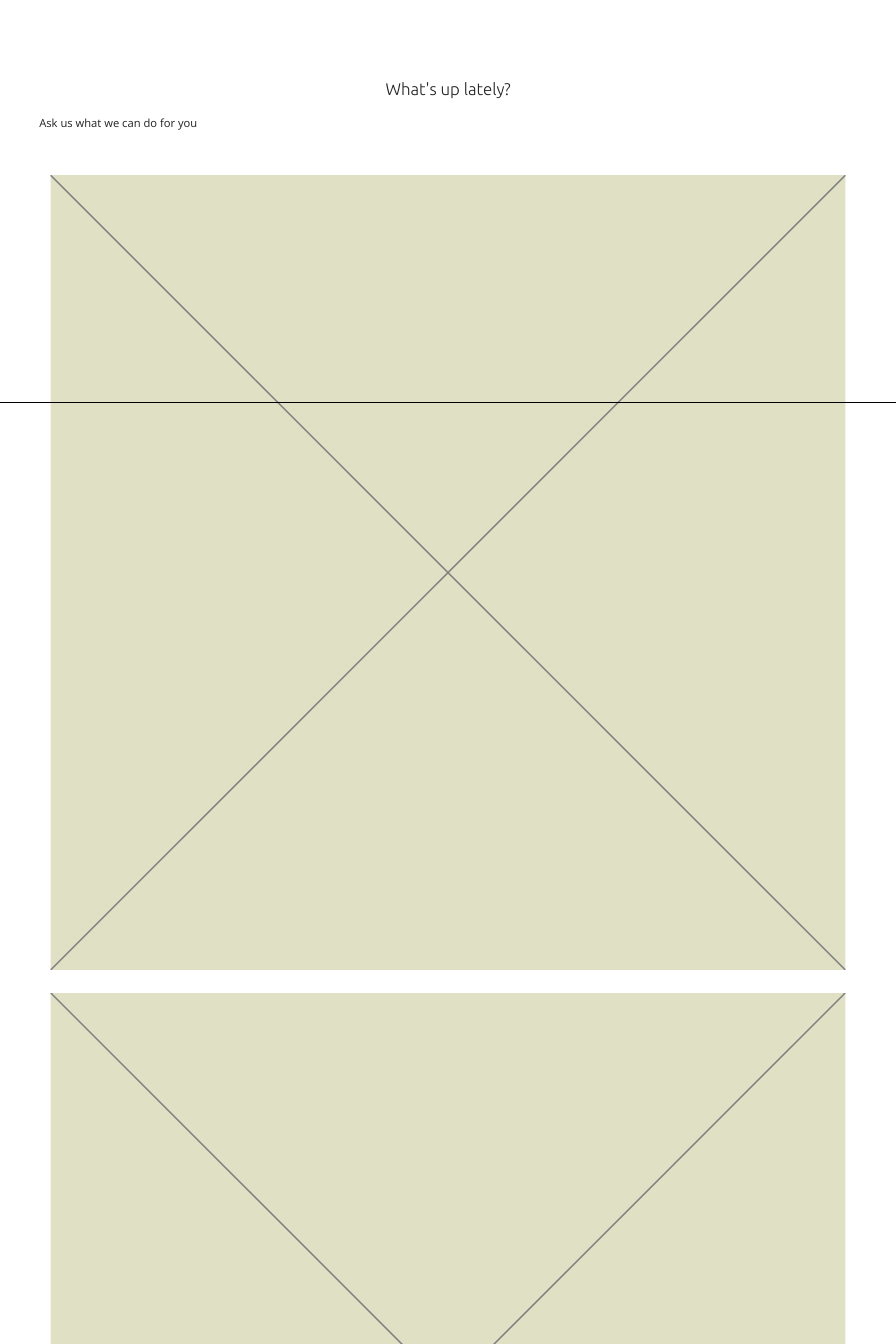
Repository: lpcmendoza/LAB02BF_Group9
Page: index.html
The author's editor kept a copy of each file at every save. The page is drawn from the files as they stood at one save, then again after the next save.
The browser window is 1280 px wide. The pictures show the part of the page from y = 2330 to 4250 px (the page is 15645 px tall before and 16290 px after), at 70% of full size.

Above is the page before, as saved 2024-02-11 22:39:55.

### index.html
<!doctype html>
<html class="no-js" lang="en">

<head>
  <meta charset="utf-8">
  <meta name="viewport" content="width=device-width, initial-scale=1">
  <title>Metrolics</title>
  <link rel="stylesheet" href="css/style.css">
  <meta name="description" content="Group Blog">

  <meta property="og:title" content="Metrolics">
  <meta property="og:type" content="website">
  <meta property="og:url" content="">
  <meta property="og:image" content="">

  <link rel="icon" href="/favicon.ico" sizes="any">
  <link rel="icon" href="/icon.svg" type="image/svg+xml">
  <link rel="apple-touch-icon" href="icon.png">
  <link rel="preconnect" href="https://fonts.googleapis.com">
  <link rel="preconnect" href="https://fonts.gstatic.com" crossorigin>
  <link href="https://fonts.googleapis.com/css2?family=Ubuntu:ital,wght@0,300;0,400;0,500;1,300&display=swap" rel="stylesheet">
  <link rel="preconnect" href="https://fonts.googleapis.com">
  <link rel="preconnect" href="https://fonts.gstatic.com" crossorigin>
  <link href="https://fonts.googleapis.com/css2?family=Open+Sans:wght@400;700&display=swap" rel="stylesheet">

  <link rel="manifest" href="site.webmanifest">
  <meta name="theme-color" content="#fafafa">
</head>

<body>

  <header class="page-header page-header-home">
    <div class="inner-container">
      <div class="content-container">
        <h1>Metrolics</h1>
      </div>
      <div class="content-container">
        <button class="navigation-button">Home</button>
        <button class="navigation-button">Pages</button>
        <button class="navigation-button">Portfolio</button>
        <button class="navigation-button">Blog</button>
        <button class="navigation-button">E-mail</button>
      </div>
    </div>
  </header>

  <div class="section section-image">
    <div class="inner-container">
      <div class="content-container">
        <img src="img/placeholder.svg" alt="placeholder image">
      </div>
    </div>
  </div>

  <div class="section section-title">
    <div class="inner-container">
      <div class="content-container">
        <h1>Hey guys! This is the Metrolics theme. It sports a responsive layout with a mobile layout.</h1>
      </div>
    </div>
  </div>

  <div class="section section-ourthings">
    <div class="inner-container">
      <div class="what-we-do-container-header">
        <h2>Things that we do</h2>
        <p>Ask us what we can do for you</p>
      </div>
      <div class="what-we-do-content">
        <div class="what-we-do-container-body">
          <img class="icons" src="img/icon-web-solutions.png" alt="Web Solutions Icon">
          <h3>Web Solutions</h3>
          <p>We are a fairly small, flexible design studio that designs for print and web. We work flexibly with clients to fulfil their design needs. Whether you need to create a brand from scratch, including marketing materials.</p>
        </div>
        <div class="what-we-do-container-body">
          <img class="icons" src="img/icon-photography.png" alt="Photography Icon">
          <h3>Photography</h3>
          <p>We are a fairly small, flexible design studio that designs for print and web. We work flexibly with clients to fulfil their design needs. Whether you need to create a brand from scratch, including marketing materials.</p>
        </div>
        <div class="what-we-do-container-body">
          <img class="icons" src="img/icon-web-development.png" alt="Web Development Icon">
          <h3>Web Development</h3>
          <p>We are a fairly small, flexible design studio that designs for print and web. We work flexibly with clients to fulfil their design needs. Whether you need to create a brand from scratch, including marketing materials.</p>
        </div>
        <div class="what-we-do-container-body">
          <img class="icons" src="img/icon-web-design.png" alt="Web Design Icon">
          <h3>Web Design</h3>
          <p>We are a fairly small, flexible design studio that designs for print and web. We work flexibly with clients to fulfil their design needs. Whether you need to create a brand from scratch, including marketing materials.</p>
        </div>
      </div>
    </div>
  </div>

  <div class="section section-news">
    <div class="inner-container">
      <div class="content-container">
        <h2>What's up lately?</h2>
        <p>Ask us what we can do for you</p>
      </div>
      <div class="whats-new-content">
        <div class="content-container">
          <img src="img/placeholder.svg" alt="placeholder image">
        </div>
        <div class="content-container">
          <img src="img/placeholder.svg" alt="placeholder image">
        </div>
        <div class="content-container">
          <img src="img/placeholder.svg" alt="placeholder image">
        </div>
      </div>
    </div>
  </div>

  <div class="section section-projects">
    <div class="inner-container">
      <div class="content-container">
        <h2>Our latest projects</h2>
      </div>
      <div class="content-container">
        <img src="img/placeholder.svg" alt="placeholder image">
      </div>
      <div class="content-container">
        <img src="img/placeholder.svg" alt="placeholder image">
      </div>
      <div class="content-container">
        <img src="img/placeholder.svg" alt="placeholder image">
      </div>
      <div class="content-container">
        <img src="img/placeholder.svg" alt="placeholder image">
      </div>
      <div class="content-container">
        <img src="img/placeholder.svg" alt="placeholder image">
      </div>
      <div class="content-container">
        <img src="img/placeholder.svg" alt="placeholder image">
      </div>
    </div>
  </div>

  <div class="section section-things">
    <div class="inner-container">
      <div class="content-container">
        <h2>Things of above</h2>
      </div>
      <div class="content-container">
        <p>content</p>
      </div>
      <div class="content-container">
        <p>content</p>
      </div>
    </div>
  </div>

  <div class="section section-clients">
    <div class="inner-container">
      <div class="content-container">
        <p>client</p>
      </div>
      <div class="content-container">
        <p>client</p>
      </div>
      <div class="content-container">
        <p>client</p>
      </div>
      <div class="content-container">
        <p>client</p>
      </div>
      <div class="content-container">
        <p>client</p>
      </div>
    </div>
  </div>

  <script src="js/app.js"></script>

</body>
<footer>
  <div class="page-footer page-footer-home">
    <div class="inner-container">
      <div class="content-container content-container-description">
        <img src="/img/peewee.png" class="img-peewee">
        <h2 class="description-header">Peewee Herman</h2>
        <p class="description-text">Peewee has over 10 years experience in the industry. He is our Creative Director, digital designer, web designer and front-end developer. He is also pretty good with a sketchbook. Before starting the company Peewee worked as a designer and studio manager for a design house who boasted a number of big name clients.</p>
      </div>
      <div class="content-container content-container-social-icons">
        <img src="/img/btn-facebook.png" class="btn-icons">
        <img src="/img/btn-google+.png" class="btn-icons">
        <img src="/img/btn-twitter.png" class="btn-icons">
        <img src="/img/btn-instagram.png" class="btn-icons">
        <img src="/img/btn-rss.png" class="btn-icons">
      </div>
      <div class="content-container content-container-tweets-header">
        <h3 class="tweet-header">Recent Tweets</h3>
      </div>
      <div class="content-container content-container-tweets">
          <img src="/img/icon-tweet.png" class="tweet-icon">
          <p class="tweet-text"><a class="tweet-link">@Minions</a> - ipsum potatoooo potatoooo uuuhhh. <br>
            Chasy poulet tikka masala jiji wiiiii hahaha po kass. </p>
      </div>
      <div class="content-container content-container-tweets">
        <img src="/img/icon-tweet.png" class="tweet-icon">
          <p class="tweet-text"><a class="tweet-link">@Minions</a> - ipsum potatoooo potatoooo uuuhhh. <br>
            Chasy poulet tikka masala jiji wiiiii hahaha po kass. </p>
      </div>
      <div class="bottom-border">

      </div>
    </div>
  </div>
</footer>

</html>

### css/style.css
/* ==========================================================================
    [Table of contents]

    1. BASE
        1.1 Page Rendering Defaults
        1.2 Core Styling
        1.3 Typography
    2. LAYOUT
        2.1 Core Layout
        2.2 Small only
        2.3 medium and up
        2.4 Medium only
        2.5 large screens and up
        2.6 Large only
    3. MODULES
    4. STATES
    5. THEME
    6. UTILITY classes
    7. PRINT

    refer to http://smacss.com/
    ========================================================================== */


/* ==========================================================================
   BASE
   ========================================================================== */


/* 1.1 Page Rendering Defaults */

html {
  color: #222;
  font-size: 1em;
  line-height: 1.4;
}

/*
* Remove text-shadow in selection highlight:
* https://twitter.com/miketaylr/status/12228805301
*
* Customize the background color to match your design.
*/

::-moz-selection {
background: #b3d4fc;
text-shadow: none;
}

::selection {
background: #b3d4fc;
text-shadow: none;
}

/*
* A better looking default horizontal rule
*/

hr {
display: block;
height: 1px;
border: 0;
border-top: 1px solid #ccc;
margin: 1em 0;
padding: 0;
}

/*
* Remove the gap between audio, canvas, iframes,
* images, videos and the bottom of their containers:
* https://github.com/h5bp/html5-boilerplate/issues/440
*/

audio,
canvas,
iframe,
img,
svg,
video {
vertical-align: middle;
}

/*
* Remove default fieldset styles.
*/

fieldset {
border: 0;
margin: 0;
padding: 0;
}

/*
* Allow only vertical resizing of textareas.
*/

textarea {
resize: vertical;
}

/* 1.2 Core Styling */

/* refer to https://css-tricks.com/box-sizing/ */
*,
*:before,
*:after {
  box-sizing: border-box;
}

img {
  width: 100%;
}

.img-peewee {
  grid-column-start: 1;
  grid-column-end: 2;
  vertical-align: center;
}

.content-container-description {
  display: grid;
  grid-template-columns: repeat(2, 1fr);
  grid-template-rows: 1fr;
  column-gap: 1em;
}

.description-header {
  grid-column-start: 2;
  grid-column-end: 3;
  color: #fff;
  text-align: left;
  font-family: 'Ubuntu', sans-serif;
  font-size: 12pt;
}

.description-text {
  color: #fff;
  font-size: 8pt;
  font-family: 'Ubuntu', sans-serif;
  font-style: italic;
  font-weight: light;
  grid-column-start: 2;
  grid-column-end: 3;
  margin-top: -8em;
  overflow: hidden;
  -webkit-box-orient: vertical;
 -webkit-line-clamp: 10;
 display: -webkit-box;
}

.content-container-social-icons {
  display: flex;
  justify-content: center;
  gap: 3pt;
}

.btn-icons {
  width: 20%;
  height: 20%;
}

.content-container-tweets-header {
  border-bottom: #de6262 1px solid;
  width: 75%;
  padding: 0;
  display: flex;
  justify-content: left;
}

.tweet-header {
  color: #fff;
  font-family: 'Ubuntu', sans-serif;
  font-size: 12pt;
  margin-bottom: 0;
}

.content-container-tweets {
  display: flex;
  justify-content: left;
  flex-direction: row;
  padding: 0;
  padding-top: 1em;
  gap: 1em;
}

.tweet-icon {
  width: 10%;
  height: 10%;
}

.tweet-text {
  color: #fff;
  font-size: 8pt;
  margin-top: 0;
}

.tweet-link {
  color: #1bade6;
  font-weight: bold;
}

.bottom-border {
  width: 100%;
  background-image: linear-gradient(90deg, rgba(22,36,47,1) 0%, rgba(22,36,47,1) 25%, rgba(37,195,137,1) 25%, rgba(37,195,137,1) 35%, rgba(255,185,1,1) 35%, rgba(255,185,1,1) 45%, rgba(222,98,98,1) 45%, rgba(222,98,98,1) 55%, rgba(22,145,189,1) 55%, rgba(22,145,189,1)  65%, rgba(22,107,162,1) 65%, rgba(22,107,162,1) 75%, rgba(22,36,47,1) 75%, rgba(22,36,47,1) 100%);
  margin-bottom: -3em;
  margin-top: 5em;
}

/* 1.3 Typgraphy */

h1,
h2,
h3,
h4,
h5,
h6 {
  font-family: Ubuntu, sans-serif;
  font-weight: 300;
  text-align: center;
}

p {
  font-family: 'Open Sans', Arial, Helvetica, sans-serif;
}


/* ==========================================================================
 2. LAYOUT
 ========================================================================== */


/* Helper to display empty layout containers*/

div,
main,
section,
footer,
header {
  min-height: 1rem;
  padding: 1rem;
}


/* 2.1 Core layout */

.row {
  display: grid;
  row-gap: 1rem;
}

.col {
  position: relative;
  background-color: rgb(242, 230, 177);
}


/* ==========================================================================
 EXAMPLE Media Queries for Responsive Design.
 These examples override the primary ('mobile first') styles.
 Modify as content requires.
 Taken from https://get.foundation/sites/docs-v5/media-queries.html
 (the latest version is adjusted and no longer matches the ones used below)
 ========================================================================== */


/* 2.2 Small only */

@media screen and (max-width: 39.9375em) {
  .s-hide {
      display: none;
  }

  .what-we-do-container-header {
    align-content: center;
    text-align: center;
  }

  .icons {
      max-width: 5em;
      max-height: 5em;
      float: left;
      margin-right: 1em;
  }

  h3 {
      text-align: left;
      margin: 0;
      font-weight: bold;
  }

  .what-we-do-container-body {
      text-align: left;
  }

  .what-we-do-container-body p {
    margin-left: 6em;
}
}


/* 2.3 medium and up */

@media screen and (min-width: 40em) {
  .row {
      max-width: 70rem;
      column-gap: 1.5rem;
      row-gap: 1.5rem;
      margin: 0 auto;
  }
  .grid {
      display: grid;
      column-gap: 0.5rem;
      row-gap: 0.5rem;
  }
  .m-col-2 {
      grid-template-columns: 1fr 1fr;
  }
  .m-col-3 {
      grid-template-columns: repeat(3, 1fr);
  }
  .m-col-4 {
      grid-template-columns: repeat(4, 1fr);
  }
  .m-col-5 {
      grid-template-columns: repeat(5, 1fr);
  }
  .m-1-2 {
      grid-template-columns: 1fr 2fr;
  }

  .what-we-do-content {
    display: grid;
    grid-template-columns: 1fr 1fr;
    grid-gap: 1rem;
  }

  .icons {
    max-width: 10em;
    max-height: 10em;
    display: block;
    margin-left: auto;
    margin-right: auto;
    width: 50%;
}

  .what-we-do-container-header {
    align-content: center;
    text-align: center;
  }


  .what-we-do-container-body p {
    text-align: center;
  }

  .what-we-do-container-body h3 {
    text-align: center;
    font-weight: bold;
  }

}


/* 2.4 Medium only */

@media screen and (min-width: 40em) and (max-width: 63.9375em) {
  .m-row-span {
      grid-column-start: 1;
      grid-column-end: -1;
  }
  .m-hide {
      display: none;
  }
}


/* 2.5 large screens and up 2.6 Large only */

@media screen and (min-width: 64em) {
  .l-col-2 {
      grid-template-columns: 1fr 1fr;
  }
  .l-col-3 {
      grid-template-columns: repeat(3, 1fr);
  }
  .l-col-4 {
      grid-template-columns: repeat(4, 1fr);
  }
  .l-col-5 {
      grid-template-columns: repeat(5, 1fr);
  }
  .l-col-6 {
      grid-template-columns: repeat(6, 1fr);
  }
  .l-row-span {
      grid-column-start: 1;
      grid-column-end: -1;
  }
  .l-hide {
      display: none;
  }


  .what-we-do-content {
    display: grid;
    grid-template-columns: 1fr 1fr 1fr 1fr;
    grid-gap: 1rem;
  }

  .icons {
    max-width: 10em;
    max-height: 10em;
    display: block;
    margin-left: auto;
    margin-right: auto;
    width: 50%;
}

  .what-we-do-container-header {
    align-content: center;
    text-align: center;
  }


  .what-we-do-container-body p {
    text-align: center;
  }

  .what-we-do-container-body h3 {
    text-align: center;
    font-weight: bold;
  }

}


/* ==========================================================================
 2. MODULES
 ========================================================================== */


/* ==========================================================================
 2. STATES
 ========================================================================== */


/* ==========================================================================
 2. THEME
 ========================================================================== */

footer {
  background-color: #16242f;
}

/* ==========================================================================
 6. UTILITY classes
 ========================================================================== */
/*
* Hide visually and from screen readers
*/

.hidden,
[hidden] {
display: none !important;
}

/*
* Hide only visually, but have it available for screen readers:
* https://snook.ca/archives/html_and_css/hiding-content-for-accessibility
*
* 1. For long content, line feeds are not interpreted as spaces and small width
*    causes content to wrap 1 word per line:
*    https://medium.com/@jessebeach/beware-smushed-off-screen-accessible-text-5952a4c2cbfe
*/

.visually-hidden {
border: 0;
clip: rect(0, 0, 0, 0);
height: 1px;
margin: -1px;
overflow: hidden;
padding: 0;
position: absolute;
white-space: nowrap;
width: 1px;
/* 1 */
}

/*
* Extends the .visually-hidden class to allow the element
* to be focusable when navigated to via the keyboard:
* https://www.drupal.org/node/897638
*/

.visually-hidden.focusable:active,
.visually-hidden.focusable:focus {
clip: auto;
height: auto;
margin: 0;
overflow: visible;
position: static;
white-space: inherit;
width: auto;
}

/*
* Hide visually and from screen readers, but maintain layout
*/

.invisible {
visibility: hidden;
}

/*
* Clearfix: contain floats
*
* The use of `table` rather than `block` is only necessary if using
* `::before` to contain the top-margins of child elements.
*/

.clearfix::before,
.clearfix::after {
content: "";
display: table;
}

.clearfix::after {
clear: both;
}

@media print,
(-webkit-min-device-pixel-ratio: 1.25),
(min-resolution: 1.25dppx),
(min-resolution: 120dpi) {
/* Style adjustments for high resolution devices */
}

/* ==========================================================================
 Print styles.
 Inlined to avoid the additional HTTP request:
 https://www.phpied.com/delay-loading-your-print-css/
 ========================================================================== */

@media print {
*,
*::before,
*::after {
  background: #fff !important;
  color: #000 !important;
  /* Black prints faster */
  box-shadow: none !important;
  text-shadow: none !important;
}

a,
a:visited {
  text-decoration: underline;
}

a[href]::after {
  content: " (" attr(href) ")";
}

abbr[title]::after {
  content: " (" attr(title) ")";
}

/*
 * Don't show links that are fragment identifiers,
 * or use the `javascript:` pseudo protocol
 */
a[href^="#"]::after,
a[href^="javascript:"]::after {
  content: "";
}

pre {
  white-space: pre-wrap !important;
}

pre,
blockquote {
  border: 1px solid #999;
  page-break-inside: avoid;
}

tr,
img {
  page-break-inside: avoid;
}

p,
h2,
h3 {
  orphans: 3;
  widows: 3;
}

h2,
h3 {
  page-break-after: avoid;
}
}

Loaded but not shown: js/app.js (no stored copy; drawn as an empty file)

After the next save:
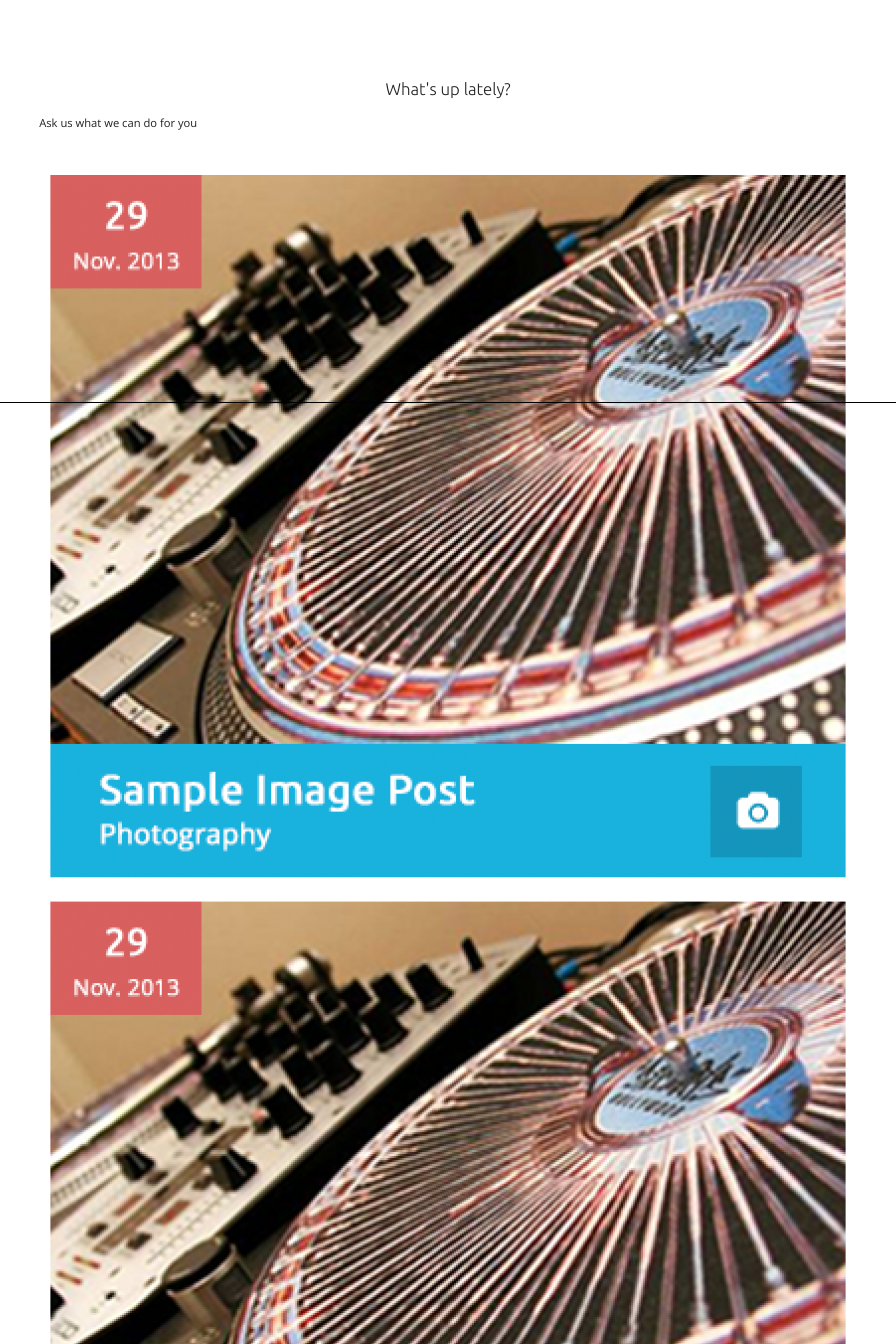
Saved 105 s later.
--- a/index.html
+++ b/index.html
@@ -99,13 +99,16 @@
       </div>
       <div class="whats-new-content">
         <div class="content-container">
-          <img src="img/placeholder.svg" alt="placeholder image">
-        </div>
-        <div class="content-container">
-          <img src="img/placeholder.svg" alt="placeholder image">
-        </div>
-        <div class="content-container">
-          <img src="img/placeholder.svg" alt="placeholder image">
+          <img src="img/news.png" alt="News content">
+        </div>
+        <div class="content-container">
+          <img src="img/news.png" alt="News content">
+        </div>
+        <div class="content-container">
+          <img src="img/news.png" alt="News content">
+        </div>
+        <div class="content-container">
+          <img src="img/news.png" alt="News content">
         </div>
       </div>
     </div>
